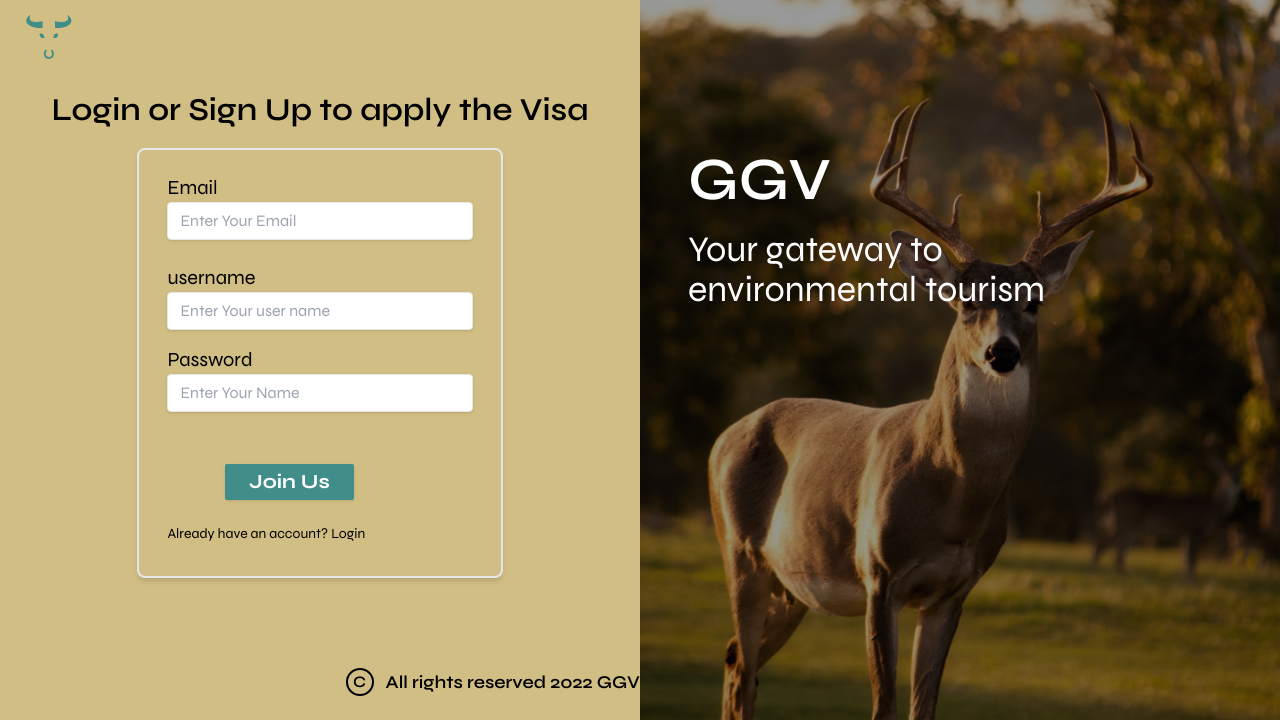
Repository: EngrAhmadUmar/landing-page
Page: /register
The author's editor kept a copy of each file at every save. The page is drawn from the files as they stood at one save, then again after the next save.
The browser window is 1280 px wide. The pictures show the whole page.
The project was rebuilt for these pictures with package versions that can differ from the ones it lists, and the page was loaded fresh each time. The framework's server and built-in components were replaced by stand-ins that run in the browser. Also part of the build but not shown: next.config.js, styles/Home.module.css, src/Queries/conservationAreas.jsx, src/mutations/ApplyVisa.js, src/Queries/areaOfConservationQuery.js, src/Components/GetConservationAreas.js, src/Components/ApplyPageComponents/ApplyForm.jsx, src/Components/ApplyPageComponents/FormButton.jsx and 1 more.

Above is the page before, as saved 2022-07-12 09:55:02.

After the next save:
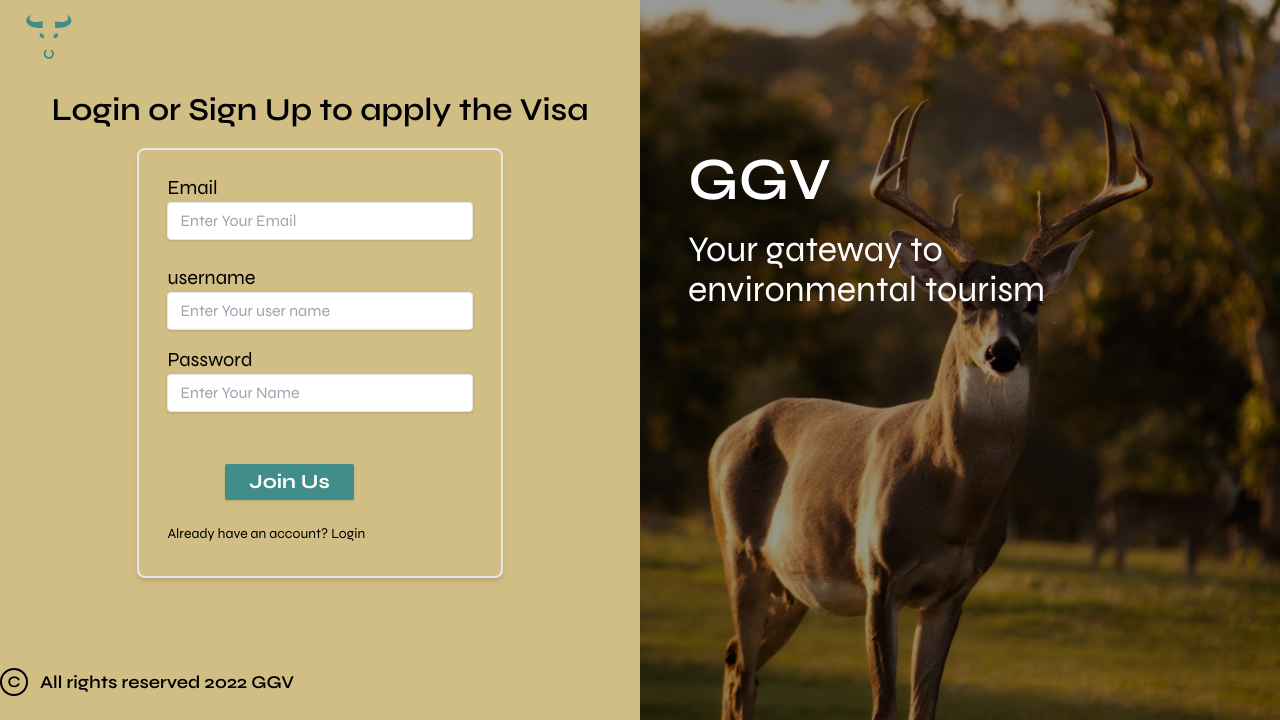
Saved 32 s later.
--- a/src/Components/ApplyPageComponents/RegisterForm.jsx
+++ b/src/Components/ApplyPageComponents/RegisterForm.jsx
@@ -119,11 +119,13 @@ const JoinUs = () => {
             </form>
           </div>
 
-          <div className=" font-semibold flex justify-center items-center gap-3 mt-[3rem] mb-6 absolute bottom-0 ml-[27vw]">
-            <p className="text-md border-solid border-2 rounded-full w-5 h-5 flex justify-center items-center border-black p-3">
-              C
-            </p>
-            <p className="text-xs md:text-lg">All rights reserved 2022 GGV</p>
+          <div>
+            <div className=" font-semibold flex justify-center items-center gap-3 mt-[3rem] mb-6 absolute bottom-0">
+              <p className="text-md border-solid border-2 rounded-full w-5 h-5 flex justify-center items-center border-black p-3">
+                C
+              </p>
+              <p className="text-xs md:text-lg">All rights reserved 2022 GGV</p>
+            </div>
           </div>
         </div>
 
